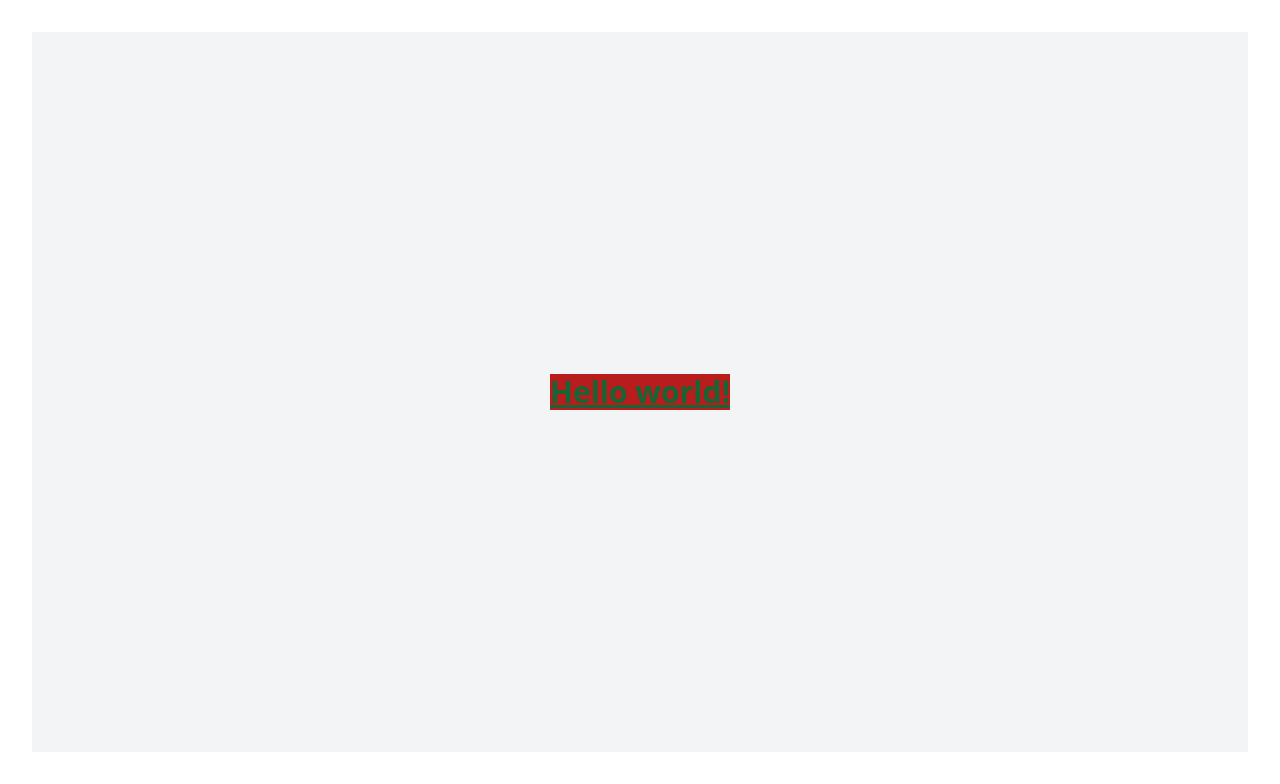
Repository: Wafaabahgat/Formik_React
Page: /
These files come from the project's save history. The page is drawn as it stood at one moment and after the next save; the edit follows.
The browser window is 1280 px wide. The pictures show the whole page.
The project was rebuilt for these pictures with package versions that can differ from the ones it lists, and the page was loaded fresh each time. Also part of the build but not shown: vite.config.ts.

Above is the page before, as saved 2024-02-13 20:52:34.

After the next save:
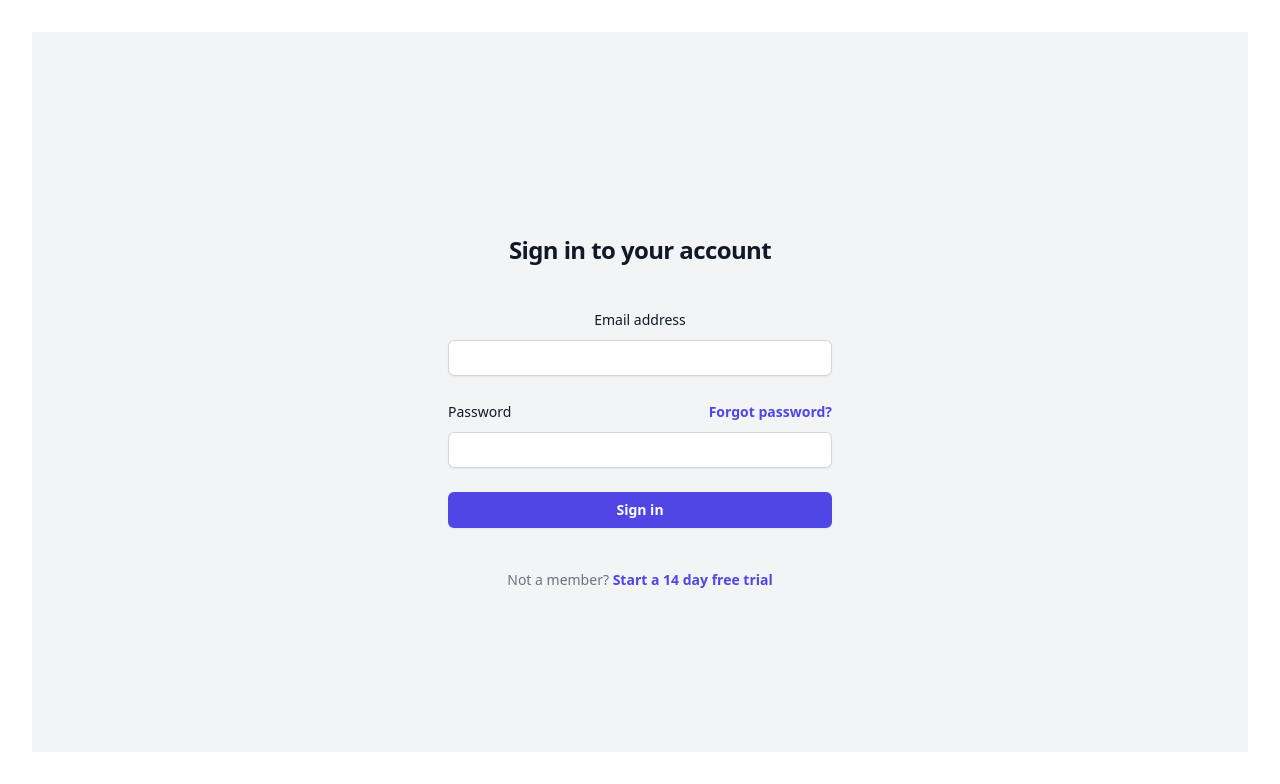
Saved 17 s later.
--- a/src/components/RegistrationForm.jsx
+++ b/src/components/RegistrationForm.jsx
@@ -5,37 +5,114 @@ import React from "react";
 
 const RegistrationForm = () => {
   // const formik = useFormik({
-  // initialValues: {
-  // username: "",
-  // password: "",
-  // email: "",
-  // },
-  // validationSchema: Yup.object({
-  // username: Yup.string()
-  // .min(8, "Username must be at least 8 characters")
-  // .max(20, "Username must be at most 20 characters")
-  // .required("Username is required"),
-  // password: Yup.string()
-  // .min(8, "Password must be at least 8 characters")
-  // .max(20, "Password must be at most 20 characters")
-  // .matches(
-  // /^(?=.*\d)(?=.*[a-z])(?=.*[A-Z])(?=.*[@#$%]).*$/,
-  // "Password must meet the criteria"
-  // )
-  // .required("Password is required"),
-  // email: Yup.string()
-  // .email("Invalid email address")
-  // .required("Email is required"),
-  // }),
-  // onSubmit: (values) => {
-  // Handle form submission
-  // console.log(values);
-  // },
+    // initialValues: {
+      // username: "",
+      // password: "",
+      // email: "",
+    // },
+    // validationSchema: Yup.object({
+      // username: Yup.string()
+        // .min(8, "Username must be at least 8 characters")
+        // .max(20, "Username must be at most 20 characters")
+        // .required("Username is required"),
+      // password: Yup.string()
+        // .min(8, "Password must be at least 8 characters")
+        // .max(20, "Password must be at most 20 characters")
+        // .matches(
+          // /^(?=.*\d)(?=.*[a-z])(?=.*[A-Z])(?=.*[@#$%]).*$/,
+          // "Password must meet the criteria"
+        // )
+        // .required("Password is required"),
+      // email: Yup.string()
+        // .email("Invalid email address")
+        // .required("Email is required"),
+    // }),
+    // onSubmit: (values) => {
+     // Handle form submission
+      // console.log(values);
+    // },
   // });
 
-  return <> <h1 className="text-3xl text-green-800 bg-red-700 font-bold underline">
-  Hello world!
-</h1></>;
+  return (
+    <div className="flex min-h-full flex-1 flex-col justify-center px-6 py-12 lg:px-8">
+      <div className="sm:mx-auto sm:w-full sm:max-w-sm">
+        <h2 className="mt-10 text-center text-2xl font-bold leading-9 tracking-tight text-gray-900">
+          Sign in to your account
+        </h2>
+      </div>
+
+      <div className="mt-10 sm:mx-auto sm:w-full sm:max-w-sm">
+        <form className="space-y-6" action="#" method="POST">
+          <div>
+            <label
+              htmlFor="email"
+              className="block text-sm font-medium leading-6 text-gray-900"
+            >
+              Email address
+            </label>
+            <div className="mt-2">
+              <input
+                id="email"
+                name="email"
+                type="email"
+                autoComplete="email"
+                required
+                className="block w-full rounded-md border-0 py-1.5 text-gray-900 shadow-sm ring-1 ring-inset ring-gray-300 placeholder:text-gray-400 focus:ring-2 focus:ring-inset focus:ring-indigo-600 sm:text-sm sm:leading-6"
+              />
+            </div>
+          </div>
+
+          <div>
+            <div className="flex items-center justify-between">
+              <label
+                htmlFor="password"
+                className="block text-sm font-medium leading-6 text-gray-900"
+              >
+                Password
+              </label>
+              <div className="text-sm">
+                <a
+                  href="#"
+                  className="font-semibold text-indigo-600 hover:text-indigo-500"
+                >
+                  Forgot password?
+                </a>
+              </div>
+            </div>
+            <div className="mt-2">
+              <input
+                id="password"
+                name="password"
+                type="password"
+                autoComplete="current-password"
+                required
+                className="block w-full rounded-md border-0 py-1.5 text-gray-900 shadow-sm ring-1 ring-inset ring-gray-300 placeholder:text-gray-400 focus:ring-2 focus:ring-inset focus:ring-indigo-600 sm:text-sm sm:leading-6"
+              />
+            </div>
+          </div>
+
+          <div>
+            <button
+              type="submit"
+              className="flex w-full justify-center rounded-md bg-indigo-600 px-3 py-1.5 text-sm font-semibold leading-6 text-white shadow-sm hover:bg-indigo-500 focus-visible:outline focus-visible:outline-2 focus-visible:outline-offset-2 focus-visible:outline-indigo-600"
+            >
+              Sign in
+            </button>
+          </div>
+        </form>
+
+        <p className="mt-10 text-center text-sm text-gray-500">
+          Not a member?{" "}
+          <a
+            href="#"
+            className="font-semibold leading-6 text-indigo-600 hover:text-indigo-500"
+          >
+            Start a 14 day free trial
+          </a>
+        </p>
+      </div>
+    </div>
+  );
 };
 
 export default RegistrationForm;
